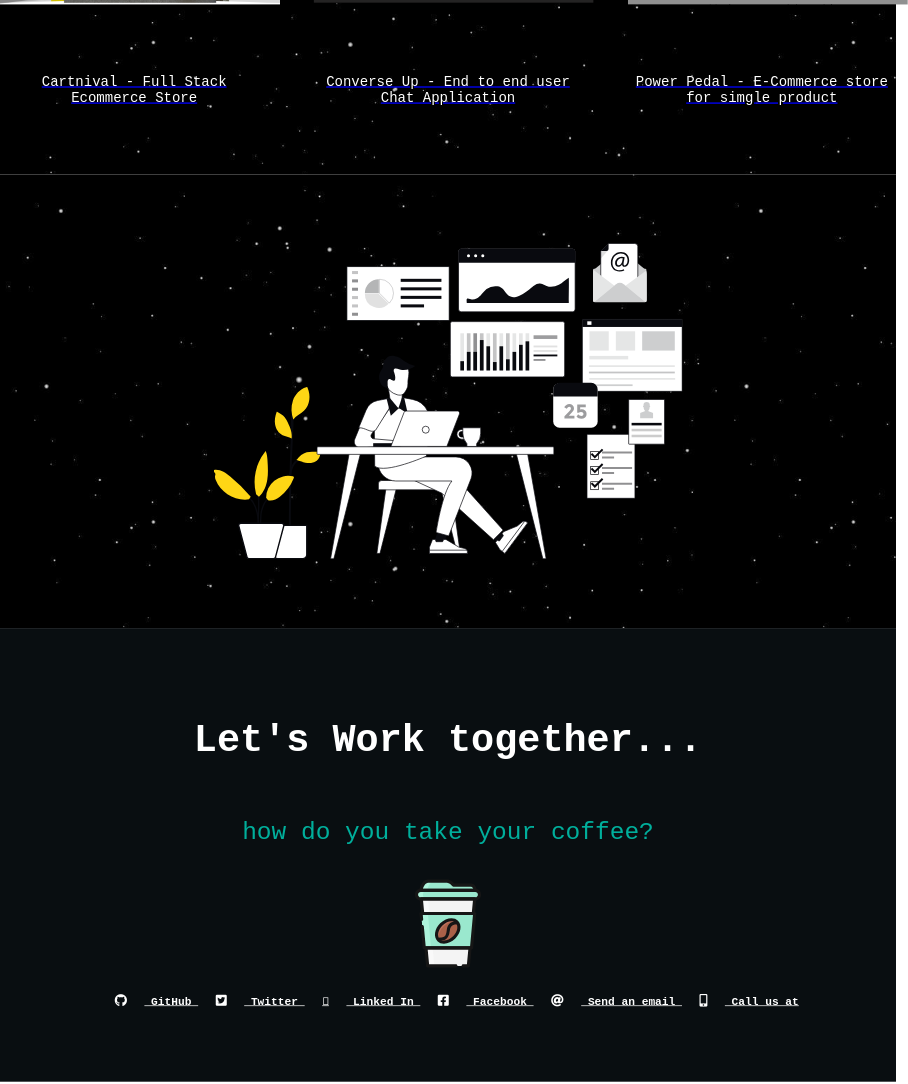
Repository: punitbathija/portfolio
Page: index.html
These files come from the project's save history. The page is drawn as it stood at one moment and after the next save; the edit follows.
The browser window is 1280 px wide. The page is 1297 px wide, so the pictures cover 1297 px, including what lies to the right of the window. The pictures show the part of the page from y = 1155 to 3035 px (the page is 2703 px tall before and 3209 px after), at 70% of full size.
Some web libraries are served in a nearby version.

Above is the page before, as saved 2023-05-09 17:51:05.

### index.html
<!DOCTYPE html>
<html lang="en">
<head>
    <meta charset="UTF-8">
    <meta http-equiv="X-UA-Compatible" content="IE=edge">
    <meta name="viewport" content="width=device-width, initial-scale=1.0">
    <title>Portfolio</title>
    <link rel="stylesheet" href="style.css">
    <link rel="stylesheet" href="https://use.fontawesome.com/releases/v5.8.2/css/all.css" integrity="sha384-oS3vJWv+0UjzBfQzYUhtDYW+Pj2yciDJxpsK1OYPAYjqT085Qq/1cq5FLXAZQ7Ay" crossorigin="anonymous">
    <link href="https://fonts.googleapis.com/css?family=Poppins:200i,300,400&amp;display=swap" rel="stylesheet">
</head>
<body>

<nav id="navbar">
        <ul id="navul">
            <li>
                <a href="#welcome-section" >About</a>
            </li>
            <li>
                <a href="#projects">Projects</a>
            </li>
            <li>
                <a href="#contact">Connect</a>
            </li>
        </ul>
    </nav>
    <section id="welcome-section">
        <div class="divide">
        <img src="./assets/design.gif" alt=""  class="dev">
        <h1>Hi,<br>
            I'm <span class="p">P</span>unit</h1>
    </div>
        <div class="hero">
        <img src="./assets/reshot-icon-code-X9J28UENTL.svg" alt="" class="code">
        <p id="ab"> A front-end developer</p>
        </div>
        <p class="fact" id="fact">⚡Amazing Fact my first words were <span class="cyan">" <button class="tap" id="reveal"></span>Tap to reveal</button> "</p>
    </section>
    <section id="projects">
        <h2 id="projects-header">These are some of my projects</h2>
        <div id="project-grid">
            <a href="https://cartnival.netlify.app/" target="_blank" class="project-tile">
                <img class="project-image" src="./assets/cartnival.png" alt="project">
             <p class="project-title">
                Cartnival - Full Stack Ecommerce Store</p>
            </a>
            <a href="https://converseup.netlify.app/" target="_blank" class="project-tile">
                <img class="project-image" src="./assets/Coverse Uo.png" alt="project">
             <p class="project-title">
                Converse Up - End to end user Chat Application</p>
            </a>
            <a href="https://power-pedal.vercel.app/" target="_blank" class="project-tile">
                <img class="project-image" src="./assets/powerpedal.png" alt="project">
             <p class="project-title">
                Power Pedal - E-Commerce store for simgle product</p>
            </a>


       </div>
    </section>
<div class="animation">
<img src="./assets/hero.svg" alt="">
</div>
<section id="contact" class="contact-section">
    <h1 id="con">Let's Work together...</h1>
    <p id="tagl">how do you take your coffee?</p>
    <img src="./assets/reshot-icon-plastic-coffee-cup-FBSWJ874DV.svg" alt="coffee" class="coffee">
    <div class="contact-link">
        <a href="https://github.com/punitbathija" target="_blank" class="btn-con-dtl" id="profile-link">
            <i class="fab fa-github"></i>
             GitHub
        </a>
        <a href="https://twitter.com/PunitBathija?t=qo0yAGF4x_bwsNcVdkM-gg&s=08" target="_blank" class="btn-con-dtl" id="profile-link">
            <i class="fab fa-twitter-square"></i>
             Twitter
        </a>
        <a href="https://twitter.com/PunitBathija?t=qo0yAGF4x_bwsNcVdkM-gg&s=08" target="_blank" class="btn-con-dtl" id="profile-link">
            <i class="fa-brands fa-linkedin-in"></i>
            Linked In
        </a>
        <a href="https://www.facebook.com/punit.bathija.1" target="_blank" class="btn-con-dtl" id="profile-link">
            <i class="fab fa-facebook-square"></i>
             Facebook
        </a>
        <a href="mailto: punitbathija@gmail.com" target="_blank" class="btn-con-dtl" id="profile-link">
            <i class="fas fa-at"></i>
             Send an email
        </a>
        <a href="tel: +91 8080110389" target="_blank" class="btn-con-dtl" id="profile-link">
            <i class="fas fa-mobile-alt"></i>
             Call us at
        </a>
    </div>
</section>
<script src="./index.js"></script>
</body>
</html>

### style.css
*{
    font-family: monospace;
}
body{
    margin: 0;
    padding: 0;
}#navbar
{

    display: flex;
    justify-content: flex-end;
    padding: 10px;
    position: fixed;
    height: 60px;
    top: 0;
    left: 0;
    width: 100%;
    background-color:#00af9c;
}
#navul
{
    display: flex;
}
li
{
    display: block;
    font-size: 26px;
    padding: 12px;
}
#navul a
{
    color: white;
    font-family: monospace;
    font-weight: bolder;
    text-decoration: none;
    font-size: 22px;
}

#navul a:hover
{
    color: white;
    font-family: monospace;
    font-weight: bolder;
    font-size: 22px;
    text-decoration: underline;
}

#welcome-section
{
    background-image: url(./assets/bg.jpg);
    display: flex;
    flex-direction: column;
    justify-content: center;
    align-items: center;
    width: 100%;
    height: 100vh;
}

.divide{
    display: flex;
    gap: 50px;
}

.hero{
    display: flex;
    justify-content: space-around;
    gap: 50px;
}
h1
{
    font-family: monospace;
    font-size: 85px;
    color: white;
    cursor:default;
}
h1:hover{
    text-decoration: underline;
    color: #00af9c;
}

.p{
    color: #00af9c;
}

.p:hover{
    color: white;
}
#ab
{

    font-family: monospace;
    font-size: 35px;
    color: #00af9c;
    cursor:default;
}

#ab:hover{
    text-decoration: underline;
    color: white;
}

#projects
{
    background-image: url(./assets/bg.jpg);
    display: flex;
    flex-direction: column;
    justify-content: center;
    align-items: center;
}
#projects-header
{
    font-family: monospace;
    font-size: 50px;
    color: white;
    margin-top: 70px;
    margin-bottom: 40px;
    text-decoration: none;
    list-style: none;
}
#project-grid
{
    display: grid;
    grid-template-columns: repeat(auto-fit, minmax(320px, 1fr));
    grid-gap: 5rem;
    width: 100%;
    max-width: 1280px;
    margin: 0 auto;
    margin-bottom: 6rem;
  }

.project-image

  {
    height: 350px;
    width: 400px;
    object-fit: contain;
    background: var(--main-blue);
    border-radius: 15px;
  }


.project-title
{
    font-family: monospace;
    color: white;
    font-size: 20px;
    text-align: center;
}
#contact
{
        display: flex;
        flex-direction: column;
        justify-content: center;
        align-items: center;
        text-align: center;
        width: 100%;
        height: 90vh;
    background-color: #090e11;

}
#con
{
    font-family: monospace;
    font-size: 55px;
    color: white;
}
#tagl
{
    font-family: monospace;
    font-size: 35px;
    color: #00af9c;

}
i
{
    font-size: large;
    color:white;
    padding: 25px;
}
#profile-link
{
    color:white;
    font-family: monospace;
    font-weight: bolder;
    font-size: 16px;
}

.code{
    width: 100px;

}

.coffee{
    height: 150px;
    width: 150px;
}

.animation{
    height: 90vh;
    background-image: url(./assets/bg.jpg);
    display: flex;
    justify-content: center;
    align-items: center;
    margin: auto;
}

.dev{
    width: 300px;
}

@media screen and (max-width:415px){
    .navulcd{
        display: flex;
        flex-direction: column;
    }
}
.fact{
    color: white;
    font-size: 25px;
    font-weight: bold;
    background-color: #090e11;
}

.cyan{
    color: #00af9c;
}

.tap{
    background-color: transparent;
    color:#00af9c;
    border: 1px solid white;
    font-size: 25px;
    background-color: #090e11;
}

### index.js
let reveal = document.getElementById("reveal");

reveal.addEventListener("click", function populateFact() {
  reveal.innerHTML = "Hello World";
  setInterval(() => {
    reveal.innerHTML = "Tap to reveal";
  }, 5000);
});

After the next save:
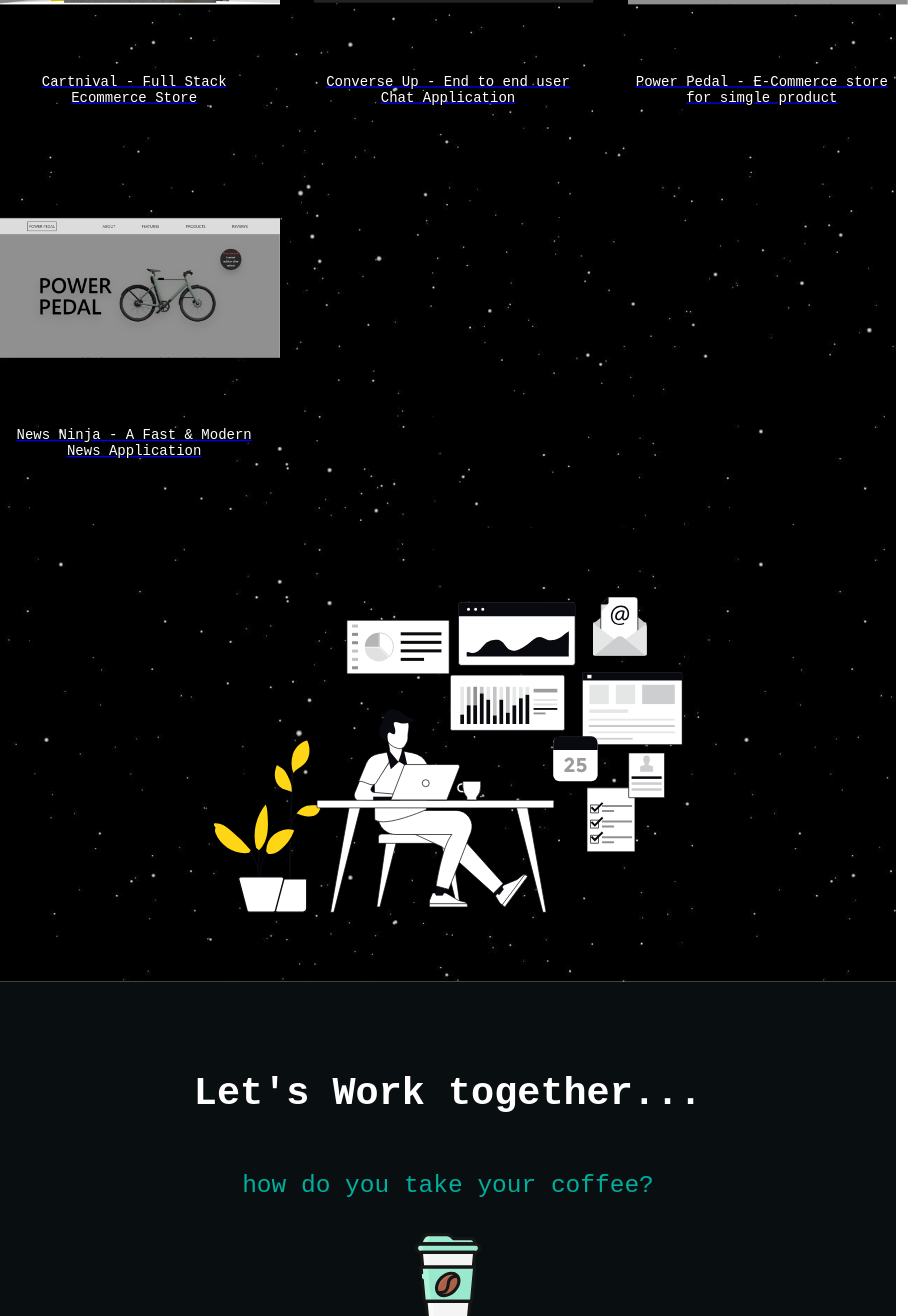
Saved 86 s later.
--- a/index.html
+++ b/index.html
@@ -55,6 +55,11 @@
                 Power Pedal - E-Commerce store for simgle product</p>
             </a>
 
+            <a href="https://news-ninja.vercel.app/" target="_blank" class="project-tile">
+                <img class="project-image" src="./assets/powerpedal.png" alt="project">
+             <p class="project-title">
+                News Ninja - A Fast & Modern News Application</p>
+            </a>
 
        </div>
     </section>
